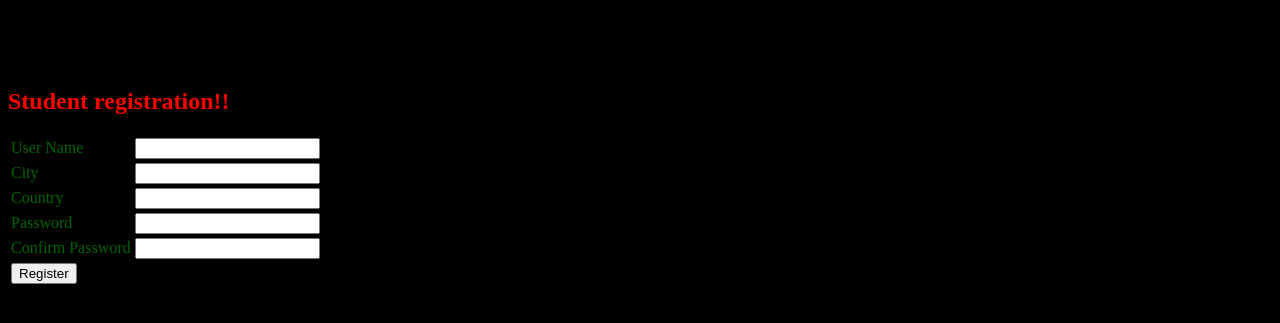
Repository: sultanaNargis03/IndustryReadyJavaSpringBoot
Page: http://localhost/Learningportal/register.html
An editor plug-in stored every save of this project. The page is shown before and after the next save, followed by the edit.
The browser window is 1280 px wide. The pictures show the whole page.
The page is served by Tomcat 9. Other server files are loaded and not shown.

Above is the page before, as saved 2023-12-11 10:23:55.

### Servlet/workspace/Learningportal/src/main/webapp/register.html
<!DOCTYPE html>
<html>
<head>
<meta charset="ISO-8859-1">
<title>Registration</title>
<h1 style="color:red"><marquee>Learning App</marquee></h1>
</head>
<body bgcolor="black">
<h2 style="color: red">Student registration!!</h2>
<form action="./reg">
	<table style="color:darkgreen">
		<tr>
			<td>User Name</td>
			<td><input type="text" name="uname"</td>
		</tr>
		<tr>
			<td>City</td>
			<td><input type="text" name="city"</td>
		</tr>

		<tr>
			<td>Country</td>
			<td><input type="text" name="country"</td>
		</tr>
		<tr>
			<td>Password</td>
			<td><input type="password" name="password"</td>
		</tr>
		<tr>
			<td>Confirm Password</td>
			<td><input type="password" name="cpassword"</td>
		</tr>
		<tr>
			<td><input type="submit" value="Register"</td>
		</tr>
	</table>
</form>

</body>
</html>

After the next save:
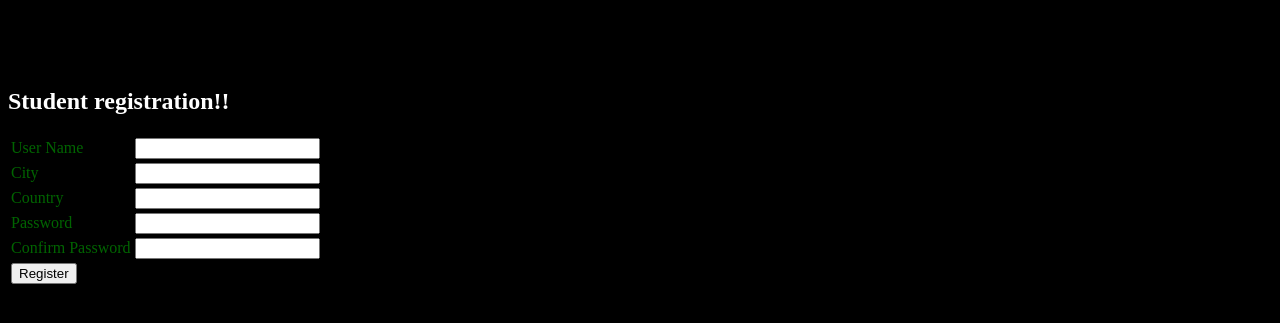
Saved 46 s later.
--- a/Servlet/workspace/Learningportal/src/main/webapp/register.html
+++ b/Servlet/workspace/Learningportal/src/main/webapp/register.html
@@ -6,7 +6,7 @@
 <h1 style="color:red"><marquee>Learning App</marquee></h1>
 </head>
 <body bgcolor="black">
-<h2 style="color: red">Student registration!!</h2>
+<h2 style="color:white">Student registration!!</h2>
 <form action="./reg">
 	<table style="color:darkgreen">
 		<tr>
